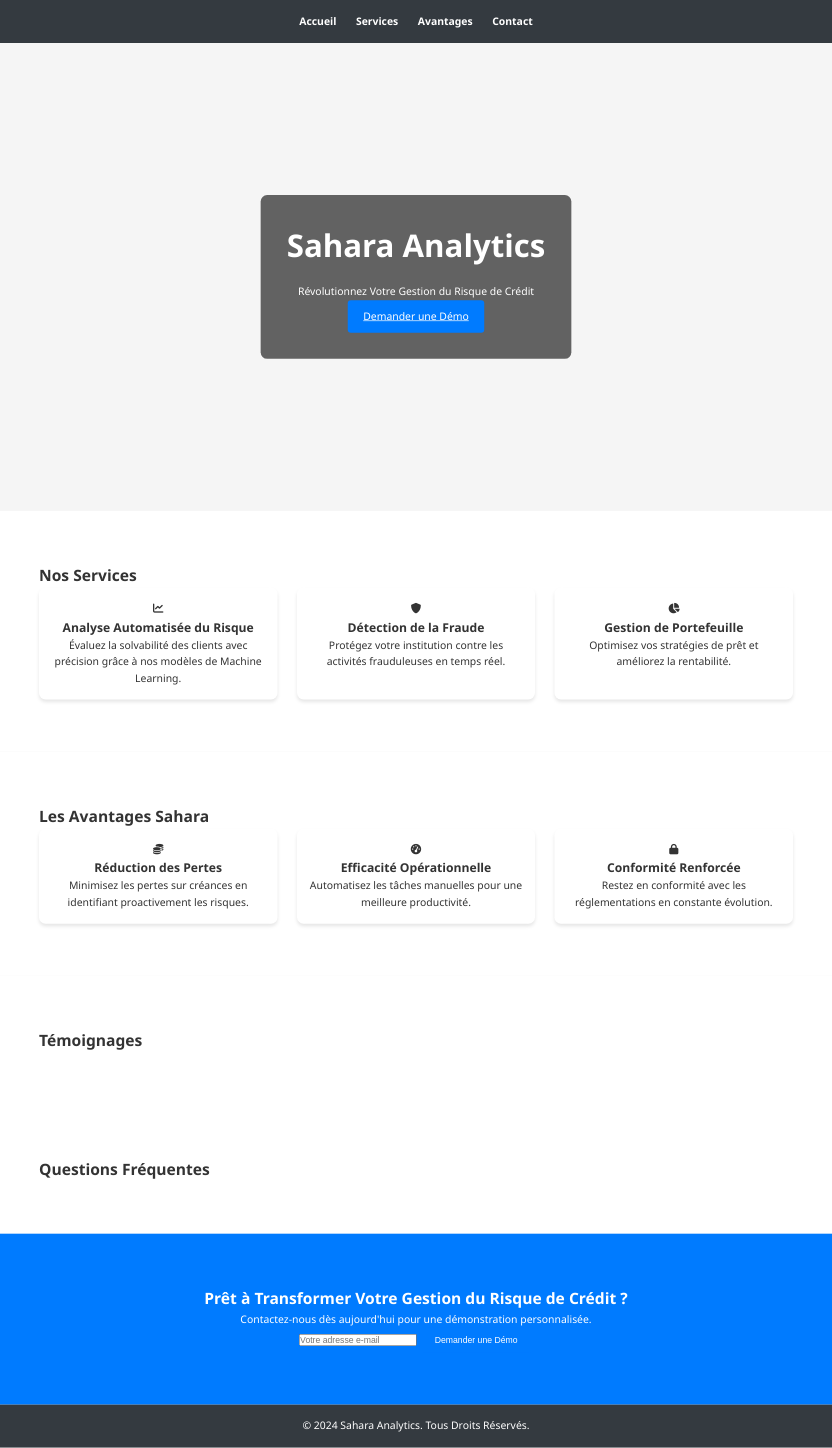
Repository: saharaAI/website
Page: landing_page/index.html
The author's editor kept a copy of each file at every save. The page is drawn from the files as they stood at one save, then again after the next save.
The browser window is 1280 px wide. The pictures show the whole page, at 65% of full size.

Above is the page before, as saved 2024-06-29 22:55:51.
Not found: landing_page/path/to/hero-image.jpg

### landing_page/index.html
<!DOCTYPE html>
<html lang="fr">
<head>
    <meta charset="UTF-8">
    <meta name="viewport" content="width=device-width, initial-scale=1.0">
    <title>Sahara Analytics - Révolutionnez Votre Gestion du Risque de Crédit</title>
    <meta name="description" content="Sahara Analytics offre des solutions avancées de gestion du risque de crédit, utilisant l'IA et le Machine Learning pour des décisions financières plus intelligentes.">
    <link rel="stylesheet" href="https://cdnjs.cloudflare.com/ajax/libs/font-awesome/6.0.0-beta3/css/all.min.css">
    <link rel="stylesheet" href="styles.css">
</head>
<body>
    <div id="app"></div>
    <script src="app.js"></script>
</body>
</html>

### landing_page/styles.css

/* CSS styles */
:root {
    --primary-color: #007bff;
    --secondary-color: #0056b3;
    --text-color: #333;
    --background-color: #f5f5f5;
    --header-color: #343a40;
}

* {
    box-sizing: border-box;
    margin: 0;
    padding: 0;
}

body {
    font-family: 'Segoe UI', Tahoma, Geneva, Verdana, sans-serif;
    color: var(--text-color);
    background-color: var(--background-color);
    line-height: 1.6;
}

.container {
    max-width: 1200px;
    margin: 0 auto;
    padding: 0 20px;
}

header {
    background-color: var(--header-color);
    color: #fff;
    padding: 20px 0;
    position: sticky;
    top: 0;
    z-index: 1000;
    transition: background-color 0.3s ease;
}

header.scrolled {
    background-color: rgba(52, 58, 64, 0.9);
}

nav ul {
    list-style-type: none;
    display: flex;
    justify-content: center;
}

nav ul li {
    margin: 0 15px;
}

nav ul li a {
    color: #fff;
    text-decoration: none;
    font-weight: 600;
    transition: color 0.3s ease;
}

nav ul li a:hover {
    color: var(--primary-color);
}

.hero {
    background-image: url('path/to/hero-image.jpg');
    background-size: cover;
    background-position: center;
    height: 100vh;
    display: flex;
    align-items: center;
    text-align: center;
    color: #fff;
}

.hero-content {
    background-color: rgba(0, 0, 0, 0.6);
    padding: 40px;
    border-radius: 10px;
}

.hero h1 {
    font-size: 3em;
    margin-bottom: 20px;
}

.btn {
    display: inline-block;
    background-color: var(--primary-color);
    color: #fff;
    padding: 12px 24px;
    border: none;
    border-radius: 5px;
    cursor: pointer;
    transition: background-color 0.3s ease;
}

.btn:hover {
    background-color: var(--secondary-color);
}

section {
    padding: 80px 0;
}

.services, .benefits, .testimonials, .faq {
    background-color: #fff;
}

.services-grid, .benefits-grid {
    display: grid;
    grid-template-columns: repeat(auto-fit, minmax(250px, 1fr));
    gap: 30px;
}

.service, .benefit {
    text-align: center;
    padding: 20px;
    border-radius: 10px;
    box-shadow: 0 4px 6px rgba(0, 0, 0, 0.1);
    transition: transform 0.3s ease;
}

.service:hover, .benefit:hover {
    transform: translateY(-5px);
}

.cta {
    background-color: var(--primary-color);
    color: #fff;
    text-align: center;
}

footer {
    background-color: var(--header-color);
    color: #fff;
    text-align: center;
    padding: 20px 0;
}

@media (max-width: 768px) {
    .hero h1 {
        font-size: 2em;
    }

    .services-grid, .benefits-grid {
        grid-template-columns: 1fr;
    }
}

### landing_page/app.js
// app.js

const app = document.getElementById('app');

// Site content
const content = `
    <header id="header">
        <div class="container">
            <nav>
                <ul>
                    <li><a href="#home">Accueil</a></li>
                    <li><a href="#services">Services</a></li>
                    <li><a href="#benefits">Avantages</a></li>
                    <li><a href="#contact">Contact</a></li>
                </ul>
            </nav>
        </div>
    </header>

    <section id="home" class="hero">
        <div class="container">
            <div class="hero-content">
                <h1>Sahara Analytics</h1>
                <p>Révolutionnez Votre Gestion du Risque de Crédit</p>
                <a href="#contact" class="btn">Demander une Démo</a>
            </div>
        </div>
    </section>

    <section id="services" class="services">
        <div class="container">
            <h2>Nos Services</h2>
            <div class="services-grid">
                <div class="service">
                    <i class="fas fa-chart-line"></i>
                    <h3>Analyse Automatisée du Risque</h3>
                    <p>Évaluez la solvabilité des clients avec précision grâce à nos modèles de Machine Learning.</p>
                </div>
                <div class="service">
                    <i class="fas fa-shield-alt"></i>
                    <h3>Détection de la Fraude</h3>
                    <p>Protégez votre institution contre les activités frauduleuses en temps réel.</p>
                </div>
                <div class="service">
                    <i class="fas fa-chart-pie"></i>
                    <h3>Gestion de Portefeuille</h3>
                    <p>Optimisez vos stratégies de prêt et améliorez la rentabilité.</p>
                </div>
            </div>
        </div>
    </section>

    <section id="benefits" class="benefits">
        <div class="container">
            <h2>Les Avantages Sahara</h2>
            <div class="benefits-grid">
                <div class="benefit">
                    <i class="fas fa-coins"></i>
                    <h3>Réduction des Pertes</h3>
                    <p>Minimisez les pertes sur créances en identifiant proactivement les risques.</p>
                </div>
                <div class="benefit">
                    <i class="fas fa-tachometer-alt"></i>
                    <h3>Efficacité Opérationnelle</h3>
                    <p>Automatisez les tâches manuelles pour une meilleure productivité.</p>
                </div>
                <div class="benefit">
                    <i class="fas fa-lock"></i>
                    <h3>Conformité Renforcée</h3>
                    <p>Restez en conformité avec les réglementations en constante évolution.</p>
                </div>
            </div>
        </div>
    </section>

    <section id="testimonials" class="testimonials">
        <div class="container">
            <h2>Témoignages</h2>
            <!-- Add testimonials content here -->
        </div>
    </section>

    <section id="faq" class="faq">
        <div class="container">
            <h2>Questions Fréquentes</h2>
            <!-- Add FAQ content here -->
        </div>
    </section>

    <section id="contact" class="cta">
        <div class="container">
            <h2>Prêt à Transformer Votre Gestion du Risque de Crédit ?</h2>
            <p>Contactez-nous dès aujourd'hui pour une démonstration personnalisée.</p>
            <form id="contact-form">
                <input type="email" id="email" placeholder="Votre adresse e-mail" required>
                <button type="submit" class="btn">Demander une Démo</button>
            </form>
        </div>
    </section>

    <footer>
        <div class="container">
            <p>&copy; 2024 Sahara Analytics. Tous Droits Réservés.</p>
        </div>
    </footer>
`;

// Render content
app.innerHTML = content;

// Sticky header
window.addEventListener('scroll', function() {
    const header = document.getElementById('header');
    if (window.scrollY > 50) {
        header.classList.add('scrolled');
    } else {
        header.classList.remove('scrolled');
    }
});

// Smooth scrolling
document.querySelectorAll('a[href^="#"]').forEach(anchor => {
    anchor.addEventListener('click', function (e) {
        e.preventDefault();
        document.querySelector(this.getAttribute('href')).scrollIntoView({
            behavior: 'smooth'
        });
    });
});

// Form validation
document.getElementById('contact-form').addEventListener('submit', function(e) {
    e.preventDefault();
    const email = document.getElementById('email').value;
    if (email) {
        alert('Merci pour votre intérêt ! Nous vous contacterons bientôt.');
        this.reset();
    } else {
        alert('Veuillez entrer une adresse e-mail valide.');
    }
});

After the next save:
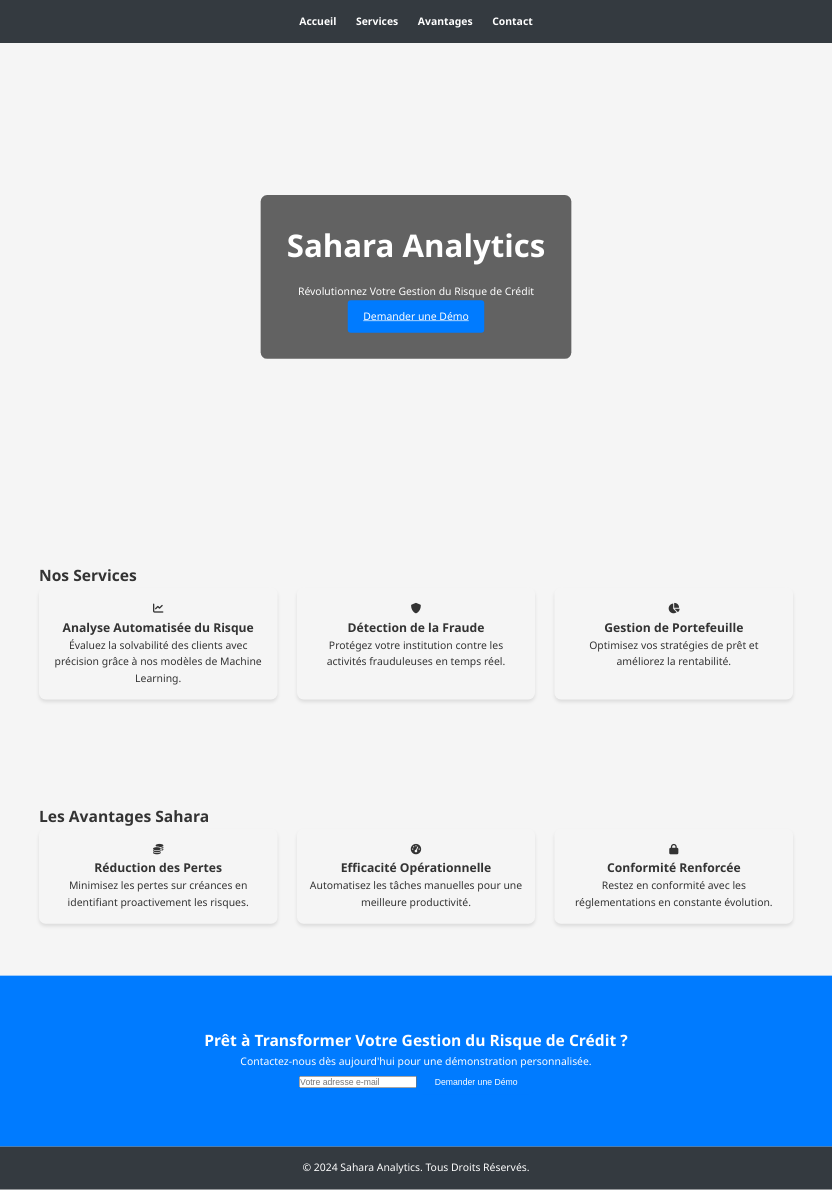
Console error: TypeError: Cannot set properties of null (setting 'innerHTML')
Saved 2 min 9 s later.
--- a/landing_page/index.html
+++ b/landing_page/index.html
@@ -9,7 +9,92 @@
     <link rel="stylesheet" href="styles.css">
 </head>
 <body>
-    <div id="app"></div>
+    <header id="header">
+        <div class="container">
+            <nav>
+                <ul>
+                    <li><a href="#home">Accueil</a></li>
+                    <li><a href="#services">Services</a></li>
+                    <li><a href="#benefits">Avantages</a></li>
+                    <li><a href="#contact">Contact</a></li>
+                </ul>
+            </nav>
+        </div>
+    </header>
+
+    <section id="home" class="hero">
+        <div class="container">
+            <div class="hero-content">
+                <h1>Sahara Analytics</h1>
+                <p>Révolutionnez Votre Gestion du Risque de Crédit</p>
+                <a href="#contact" class="btn">Demander une Démo</a>
+            </div>
+        </div>
+    </section>
+
+    <section id="services">
+        <div class="container">
+            <h2 class="section-title">Nos Services</h2>
+            <div class="services-grid">
+                <div class="service">
+                    <i class="fas fa-chart-line"></i>
+                    <h3>Analyse Automatisée du Risque</h3>
+                    <p>Évaluez la solvabilité des clients avec précision grâce à nos modèles de Machine Learning.</p>
+                </div>
+                <div class="service">
+                    <i class="fas fa-shield-alt"></i>
+                    <h3>Détection de la Fraude</h3>
+                    <p>Protégez votre institution contre les activités frauduleuses en temps réel.</p>
+                </div>
+                <div class="service">
+                    <i class="fas fa-chart-pie"></i>
+                    <h3>Gestion de Portefeuille</h3>
+                    <p>Optimisez vos stratégies de prêt et améliorez la rentabilité.</p>
+                </div>
+            </div>
+        </div>
+    </section>
+
+    <section id="benefits">
+        <div class="container">
+            <h2 class="section-title">Les Avantages Sahara</h2>
+            <div class="benefits-grid">
+                <div class="benefit">
+                    <i class="fas fa-coins"></i>
+                    <h3>Réduction des Pertes</h3>
+                    <p>Minimisez les pertes sur créances en identifiant proactivement les risques.</p>
+                </div>
+                <div class="benefit">
+                    <i class="fas fa-tachometer-alt"></i>
+                    <h3>Efficacité Opérationnelle</h3>
+                    <p>Automatisez les tâches manuelles pour une meilleure productivité.</p>
+                </div>
+                <div class="benefit">
+                    <i class="fas fa-lock"></i>
+                    <h3>Conformité Renforcée</h3>
+                    <p>Restez en conformité avec les réglementations en constante évolution.</p>
+                </div>
+            </div>
+        </div>
+    </section>
+
+    <section id="contact" class="cta">
+        <div class="container">
+            <h2 class="section-title">Prêt à Transformer Votre Gestion du Risque de Crédit ?</h2>
+            <p>Contactez-nous dès aujourd'hui pour une démonstration personnalisée.</p>
+            <form id="contact-form">
+                <input type="email" id="email" placeholder="Votre adresse e-mail" required>
+                <button type="submit" class="btn">Demander une Démo</button>
+            </form>
+        </div>
+    </section>
+
+    <footer>
+        <div class="container">
+            <p>&copy; 2024 Sahara Analytics. Tous Droits Réservés.</p>
+        </div>
+    </footer>
+
     <script src="app.js"></script>
 </body>
 </html>
